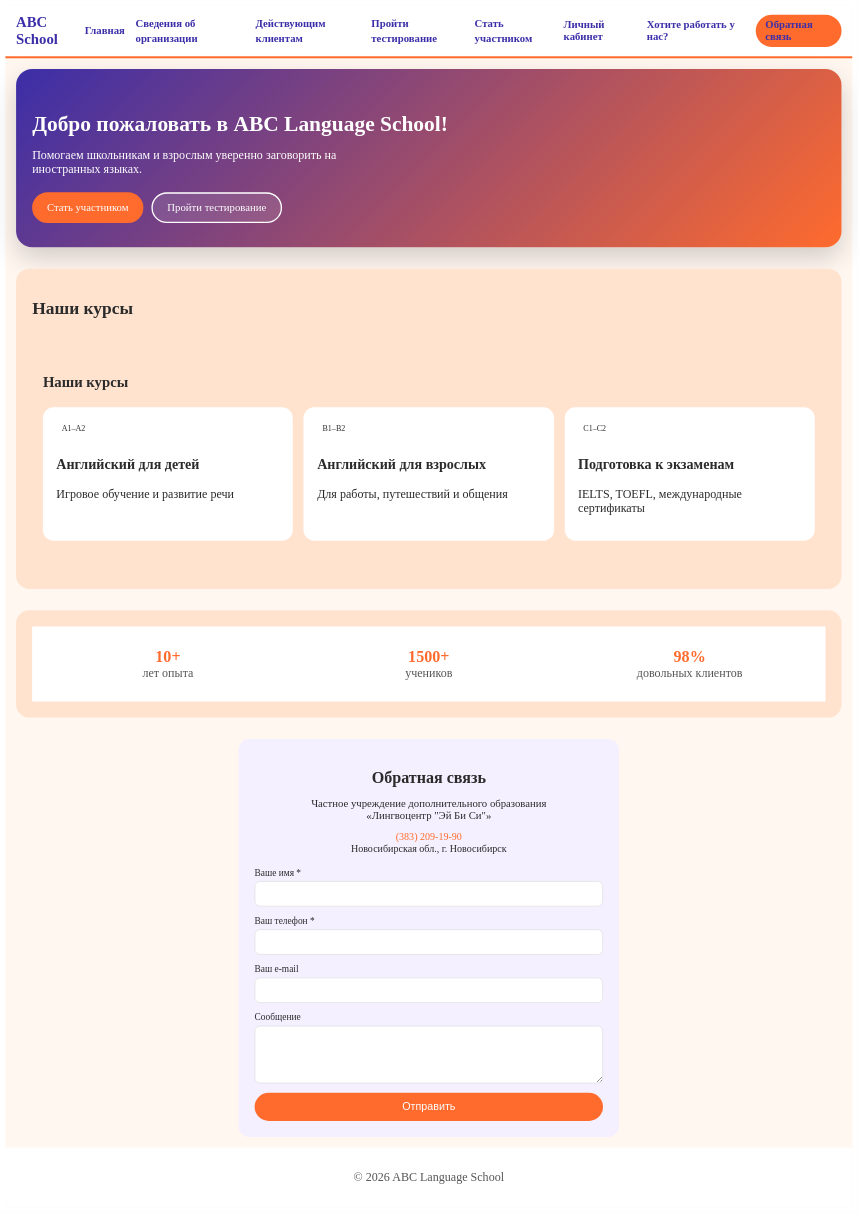
Repository: vidergooold/abc-language-school
Page: / (app in frontend/)
An editor plug-in stored every save of this project. The page is shown before and after the next save, followed by the edit.
The browser window is 1280 px wide. The pictures show the whole page, at 67% of full size.
The project was rebuilt for these pictures with package versions that can differ from the ones it lists, and the page was loaded fresh each time. Also part of the build but not shown: frontend/vite.config.ts, frontend/src/components/courses/CoursesFilter.vue, frontend/src/components/courses/CourseCard.vue, frontend/src/components/courses/CoursesGrid.vue, frontend/src/pages/Courses.vue, frontend/src/pages/Login.vue, frontend/src/pages/Register.vue, frontend/src/components/layout/AccountLayout.vue and 2 more.

Above is the page before, as saved 2026-01-10 21:12:35.

After the next save:
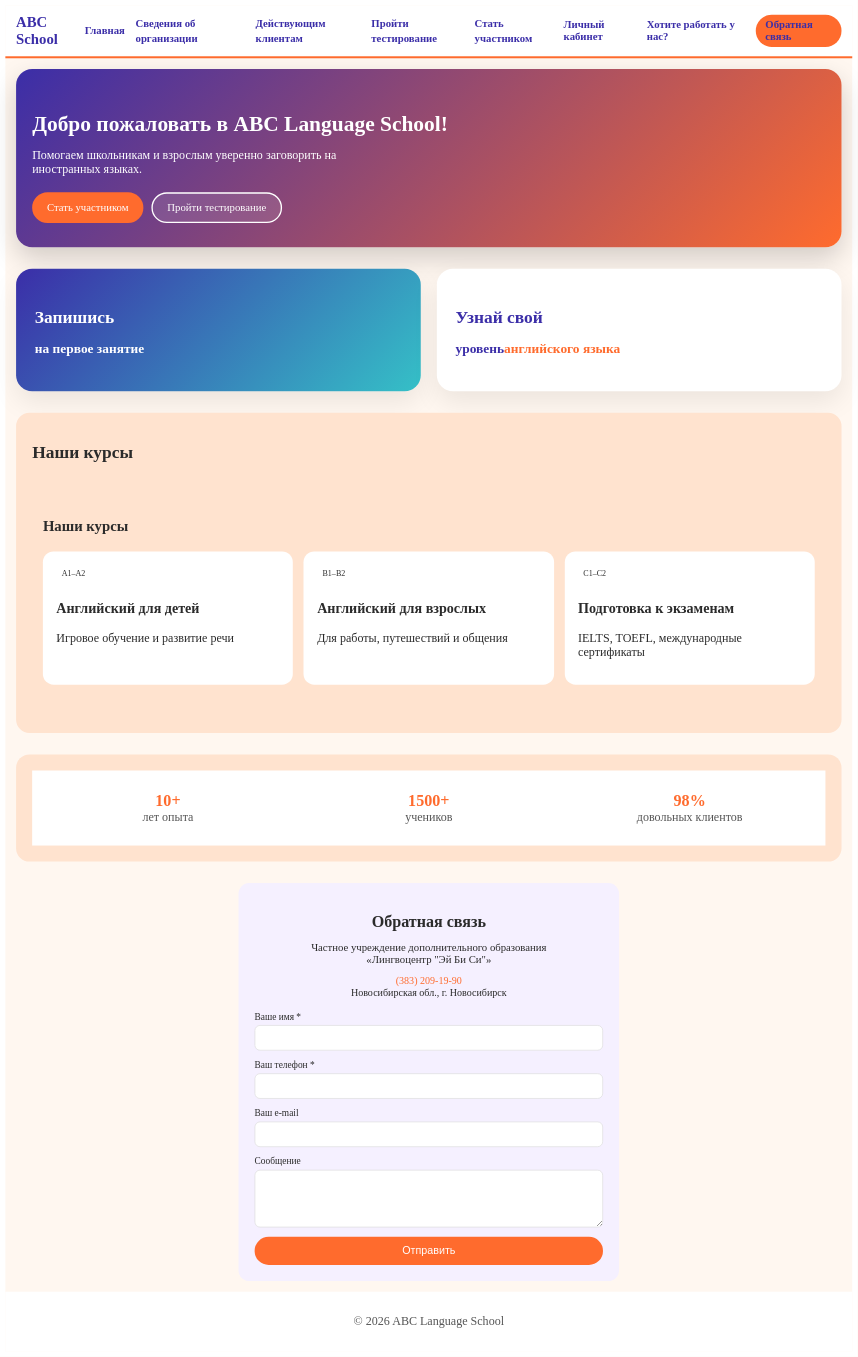
Saved 7 min 47 s later.
--- a/frontend/src/pages/Home.vue
+++ b/frontend/src/pages/Home.vue
@@ -1,6 +1,6 @@
 <template>
   <div class="home">
-    <!-- Hero / основной блок -->
+    <!-- Hero -->
     <section class="hero">
       <div class="hero__content">
         <h1 class="hero__title">
@@ -19,6 +19,22 @@
             Пройти тестирование
           </RouterLink>
         </div>
+      </div>
+    </section>
+
+    <!-- Двойной блок: Запишись / Узнай уровень -->
+    <section class="cta-cards">
+      <div class="cta-card cta-card--enroll" @click="goToEnroll">
+        <p class="cta-card__title">Запишись</p>
+        <p class="cta-card__subtitle">на первое занятие</p>
+      </div>
+
+      <div class="cta-card cta-card--level" @click="goToTesting">
+        <p class="cta-card__title">Узнай свой</p>
+        <p class="cta-card__subtitle">
+          <span>уровень</span>
+          <span class="accent">английского языка</span>
+        </p>
       </div>
     </section>
 
@@ -41,10 +57,20 @@
 </template>
 
 <script setup lang="ts">
-import { RouterLink } from 'vue-router'
+import { RouterLink, useRouter } from 'vue-router'
 import CoursesPreview from '@/components/home/CoursesPreview.vue'
 import StatsBlock from '@/components/home/StatsBlock.vue'
 import FeedbackForm from '@/components/home/FeedbackForm.vue'
+
+const router = useRouter()
+
+function goToEnroll() {
+  router.push('/enroll')
+}
+
+function goToTesting() {
+  router.push('/testing')
+}
 </script>
 
 <style scoped>
@@ -54,7 +80,7 @@ import FeedbackForm from '@/components/home/FeedbackForm.vue'
   gap: 32px;
 }
 
-/* Яркий блок: фиолетово-оранжевый градиент */
+/* Hero */
 .hero {
   background: linear-gradient(135deg, var(--brand-purple), var(--brand-orange));
   color: #ffffff;
@@ -103,6 +129,51 @@ import FeedbackForm from '@/components/home/FeedbackForm.vue'
   background: rgba(255, 255, 255, 0.1);
 }
 
+/* Две крупные плитки */
+.cta-cards {
+  display: grid;
+  grid-template-columns: repeat(2, minmax(0, 1fr));
+  gap: 24px;
+}
+
+.cta-card {
+  border-radius: 24px;
+  padding: 32px 28px;
+  cursor: pointer;
+  box-shadow: 0 16px 40px rgba(0, 0, 0, 0.08);
+  transition: transform 0.15s ease, box-shadow 0.15s ease;
+}
+
+.cta-card--enroll {
+  background: linear-gradient(135deg, var(--brand-purple), #35c0c7);
+  color: #ffffff;
+}
+
+.cta-card--level {
+  background: #ffffff;
+  color: var(--brand-purple);
+}
+
+.cta-card__title {
+  font-size: 26px;
+  font-weight: 700;
+  margin-bottom: 6px;
+}
+
+.cta-card__subtitle {
+  font-size: 20px;
+  font-weight: 600;
+}
+
+.cta-card__subtitle .accent {
+  color: var(--brand-orange);
+}
+
+.cta-card:hover {
+  transform: translateY(-4px);
+  box-shadow: 0 20px 50px rgba(0, 0, 0, 0.12);
+}
+
 /* Оранжевые секции */
 .section {
   background: #ffe3cf;
